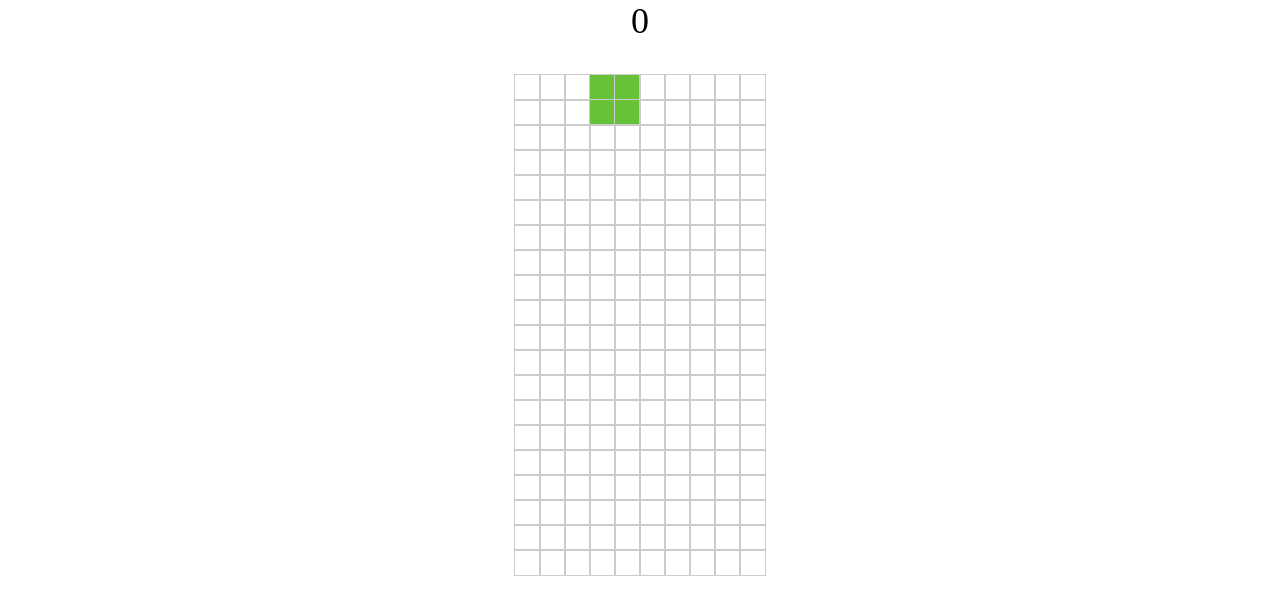
Repository: chlwpdnswku/tetris
Page: index.html
The author's editor kept a copy of each file at every save. The page is drawn from the files as they stood at one save, then again after the next save.
The browser window is 1280 px wide. The pictures show the whole page.

Above is the page before, as saved 2022-12-12 01:03:38.

### index.html
<!DOCTYPE html>
<html lang="en">

<head>
    <meta charset="UTF-8">
    <meta http-equiv="X-UA-Compatible" content="IE=edge">
    <meta name="viewport" content="width=device-width, initial-scale=1.0">
    <link rel="stylesheet" href="style.css">
    <title>Document</title>

</head>

<body>
    <div class="wrapper">
        <div class="score">0</div>
        <div class="playground">
            <!-- ul  -->
            <ul></ul>
        </div>

    </div>

    <script src="script.js"></script>
</body>

</html>

### style.css
* {
  margin: 0;
  padding: 0;
}
ul {
  list-style: none;
}
body {
  height: 100%;
  overflow: hidden;
}
.score {
  text-align: center;
  font-size: 36px;
  margin-bottom: 2rem;
}
.playground > ul {
  border: 1px solid #333;
  width: 250px;
  margin: 0 auto;
}
.playground > ul > li {
  width: 100%;
  height: 25%;
}

.playground > ul > li > ul {
  display: flex;
}
.playground > ul > li > ul > li {
  width: 25px;
  height: 25px;
  outline: 1px solid #ccc;
}
.tree {
  background: #67c23a;
}

### script.js
// DOM element
const playground = document.querySelector('.playground > ul');

// console.log(playground);

// setting
const GAME_ROWS = 20;
const GAME_COLS = 10;

// variables
let score = 0;
let duration = 500;
let downInterval;
let tempMovingItem;

// 좌료를 바꾸면 모양이 바뀐다.
const BLOCKS = {
  tree: [
    [
      [0, 0],
      [0, 1],
      [1, 0],
      [1, 1],
    ],
    [],
    [],
    [],
  ],
};

const movingItem = {
  type: 'tree',
  direction: 0,
  top: 0,
  left: 3,
};

// functions

init();
// 맨처음 시작하는 함수 10개의 20개의 줄을 저장
function init() {
  // 값만 가져와서 넣어줌
  tempMovingItem = { ...movingItem };
  //   movingItem.left = 3;
  //   console.log(tempMovingItem);
  for (let i = 0; i < GAME_ROWS; i++) {
    prependNewLine();
  }
  renderBlocks();
}

//
function prependNewLine() {
  const li = document.createElement('li');
  const ul = document.createElement('ul');

  for (let j = 0; j < GAME_COLS; j++) {
    const matrix = document.createElement('li');
    // ul -> li
    ul.prepend(matrix);
  }
  li.prepend(ul);
  playground.prepend(li);
}

function renderBlocks() {
  const { type, direction, top, left } = tempMovingItem;
  //   console.log(BLOCKS[type][direction]);
  BLOCKS[type][direction].forEach((block) => {
    const x = block[0] + left;
    const y = block[1] + top;
    // console.log({ playground });
    const target = playground.childNodes[y].childNodes[0].childNodes[x];
    // console.log(target);
    // 여기가 보여주는거네
    target.classList.add(type);
  });

  //   console.log(type, direction, top, left);
}

// 인자들을 받고
function moveBlock(moveType, amout) {
  // left를 바꿔줌
  tempMovingItem[moveType] += amout;
  renderBlocks();
}

// 이벤트 핸들링 키를 움직이면 이벤트 객체가 생김 keyCode를 이용해서 각각의 함수를 실행을 시킬거임
document.addEventListener('keydown', (e) => {
  switch (e.keyCode) {
    case 39:
      moveBlock('left', 1);
      break;
    case 37:
      moveBlock('left', -1);
    default:
      break;
  }
  console.log(e);
});

After the next save:
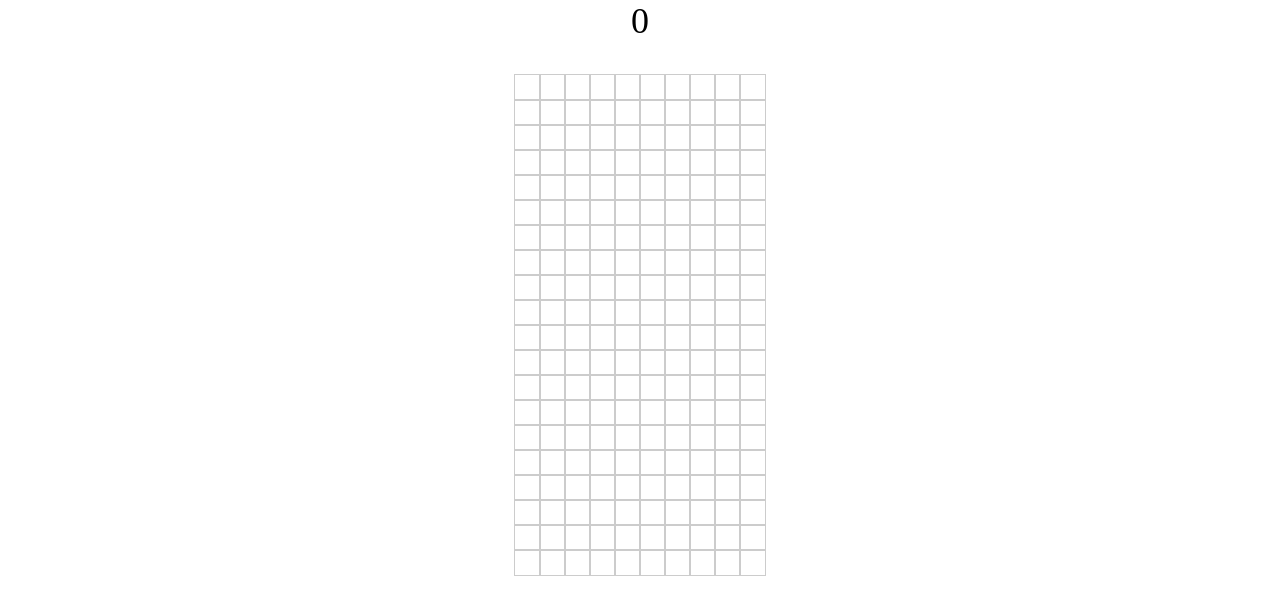
Console error: TypeError: Cannot read properties of undefined (reading '0')
Saved 41 s later.
--- a/script.js
+++ b/script.js
@@ -15,7 +15,7 @@
 
 // 좌료를 바꾸면 모양이 바뀐다.
 const BLOCKS = {
-  tree: [
+  '': [
     [
       [0, 0],
       [0, 1],

After the save that followed:
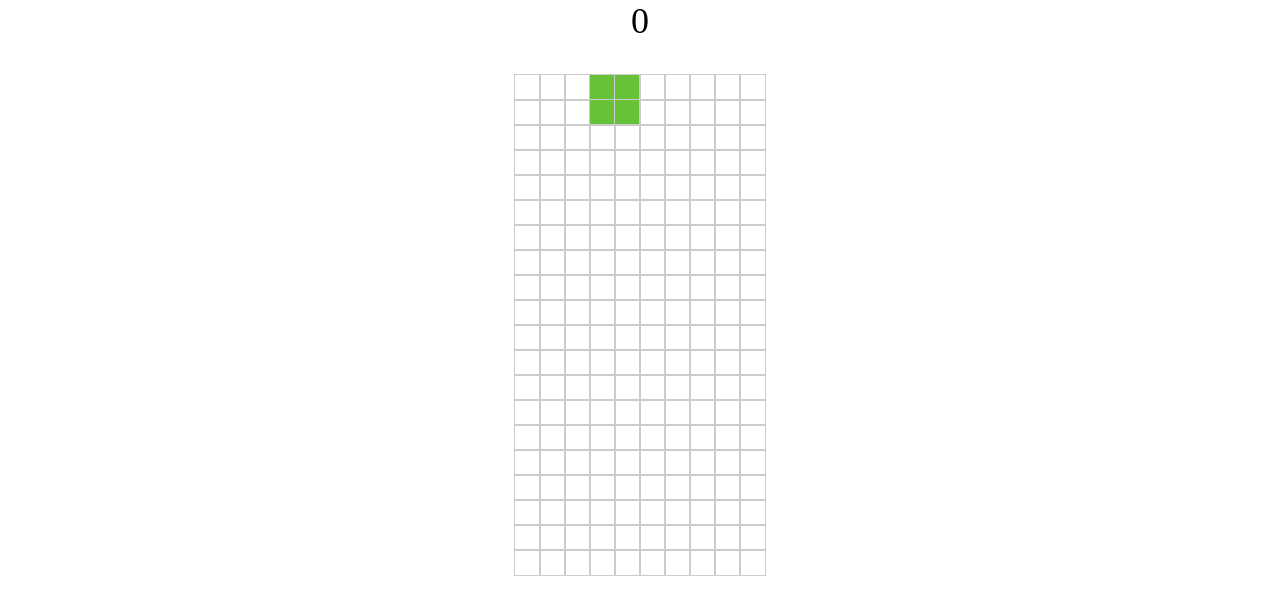
The error is gone.
Saved 4 s later.
--- a/script.js
+++ b/script.js
@@ -15,7 +15,7 @@
 
 // 좌료를 바꾸면 모양이 바뀐다.
 const BLOCKS = {
-  '': [
+  tree: [
     [
       [0, 0],
       [0, 1],
